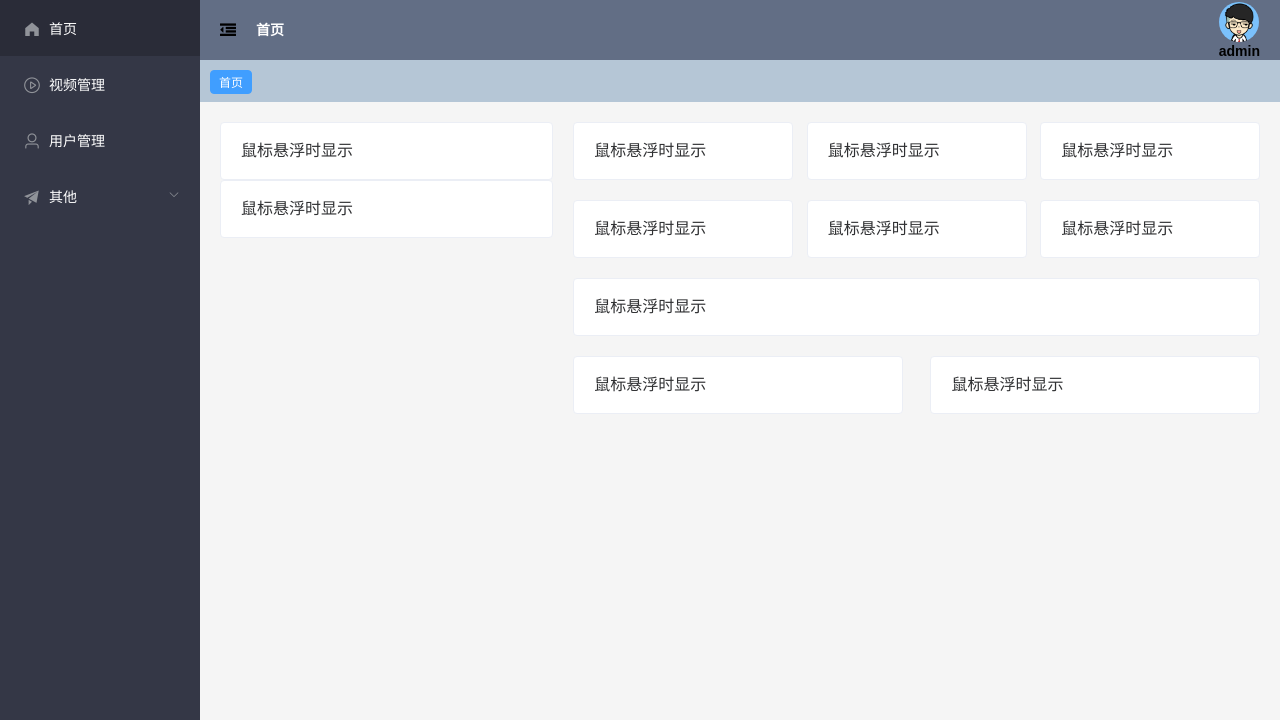
Repository: coWhy/vue-manage
Page: /
These files come from the project's save history. The page is drawn as it stood at one moment and after the next save; the edit follows.
The browser window is 1280 px wide. The pictures show the whole page.
The project was rebuilt for these pictures with package versions that can differ from the ones it lists, and the page was loaded fresh each time. Also part of the build but not shown: vue.config.js.

Above is the page before, as saved 2020-04-13 22:45:45.

After the next save:
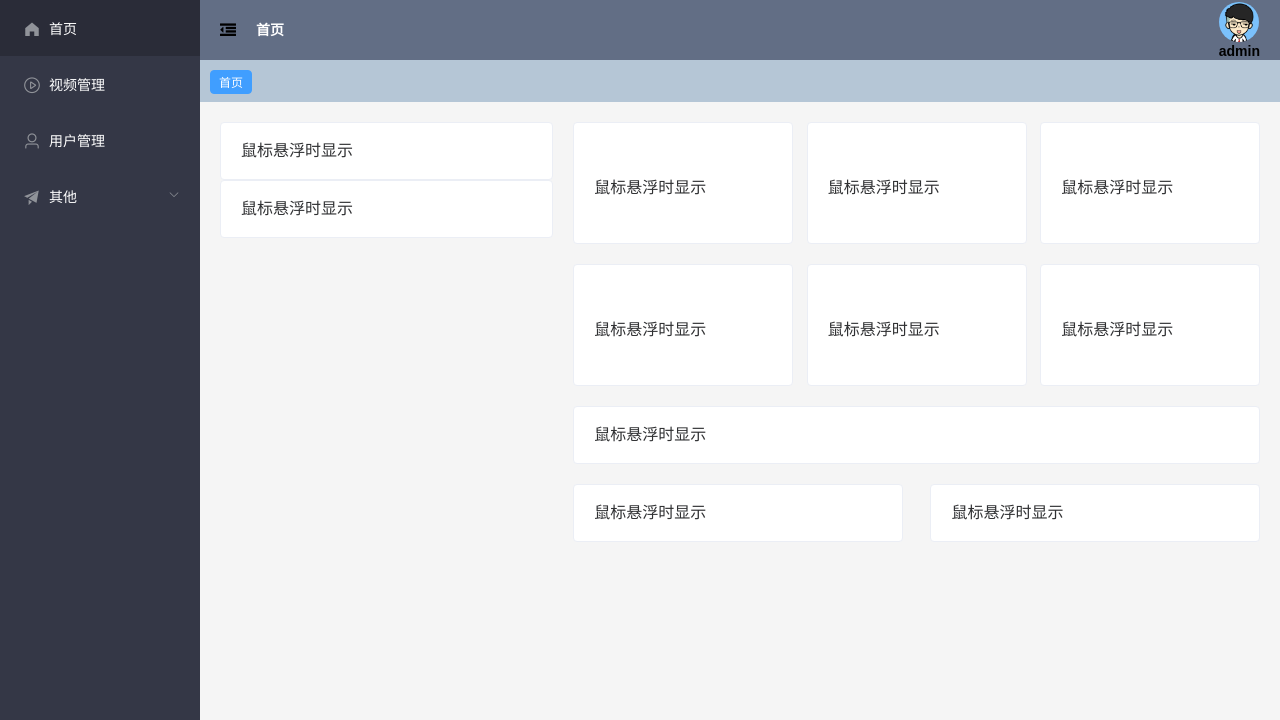
Saved 90 s later.
--- a/src/views/home/index.vue
+++ b/src/views/home/index.vue
@@ -14,6 +14,7 @@
       <!-- 顶部  -->
       <div class="num">
         <el-card shadow="hover" v-for="item in 6" :key="item">
+          <i class="icon"></i>
           鼠标悬浮时显示
         </el-card>
       </div>

After the save that followed:
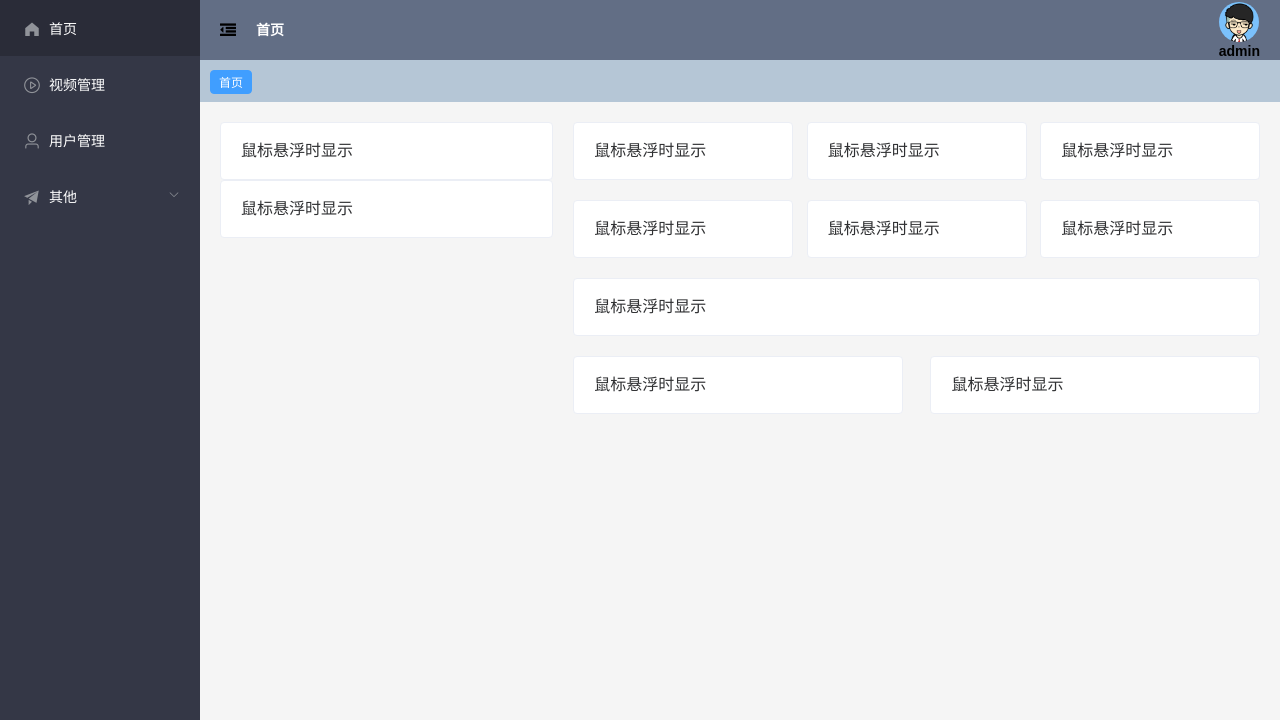
Saved 15 s later.
--- a/src/views/home/index.vue
+++ b/src/views/home/index.vue
@@ -15,6 +15,7 @@
       <div class="num">
         <el-card shadow="hover" v-for="item in 6" :key="item">
           <i class="icon"></i>
+          <div class="detail"></div>
           鼠标悬浮时显示
         </el-card>
       </div>
